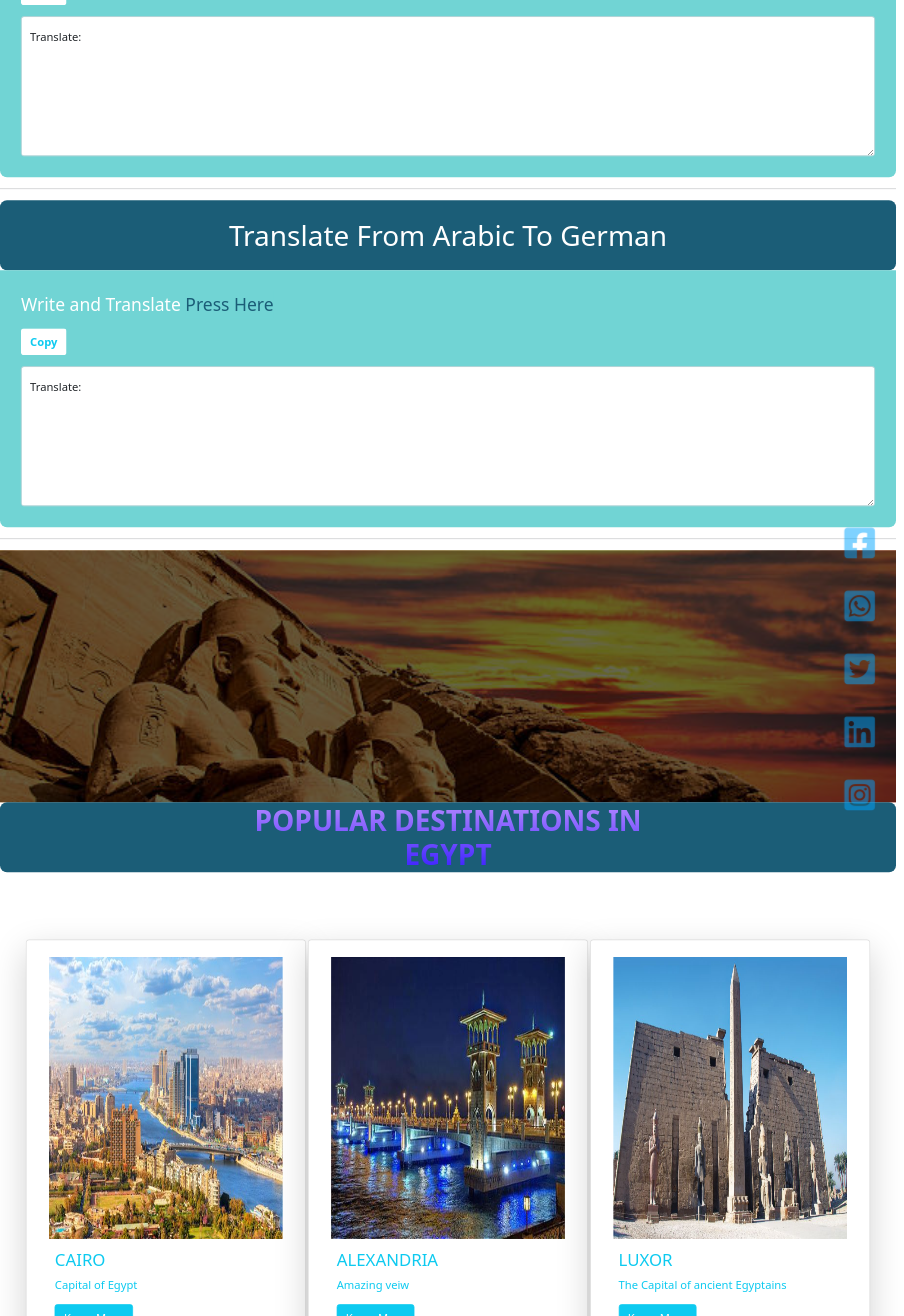
Repository: Ahmed123rezk123/P-temp
Page: index.html
An editor plug-in stored every save of this project. The page is shown before and after a run of saves, followed by the edit.
The browser window is 1280 px wide. The page is 1292 px wide, so the pictures cover 1292 px, including what lies to the right of the window. The pictures show the part of the page from y = 2283 to 4163 px (the page is 10043 px tall before and 9947 px after), at 70% of full size.
Backgrounds fixed to the window are drawn as part of the page.

Above is the page before, as saved 2024-02-20 10:59:47.

After the next 2 saves:
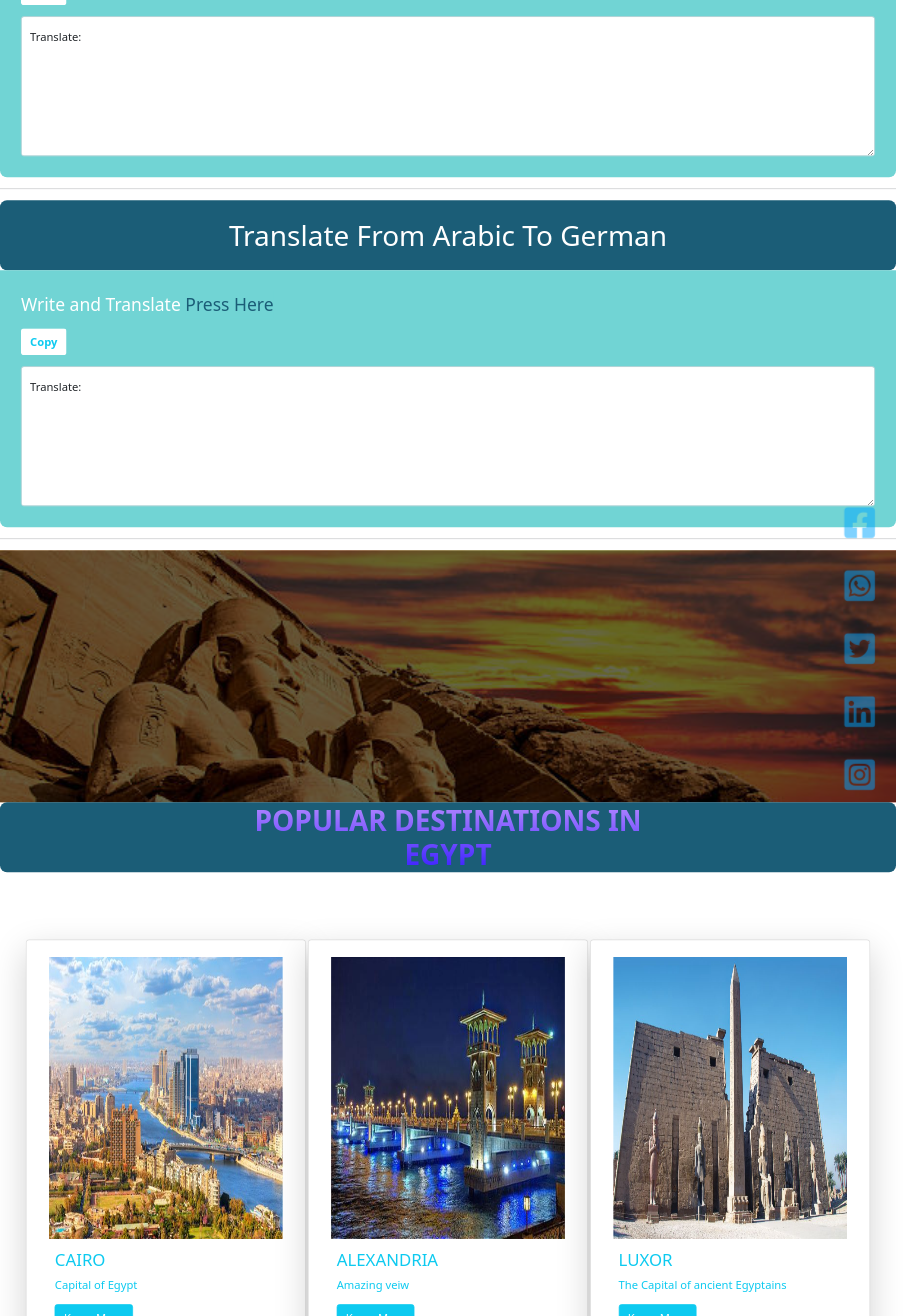
The 2 saves are shown as one change because they came seconds apart.
The last was saved 8 s later.
--- a/index.html
+++ b/index.html
@@ -623,7 +623,7 @@
       <!-- Start Section 18 -->
       <div class="section18">
         <h2>JOIN US</h2>
-        <div class="row p-5">
+        <div class="row m-auto">
         <div class="div1">
           <div class="content">
             <h4>Sunscribe Now</h4>
